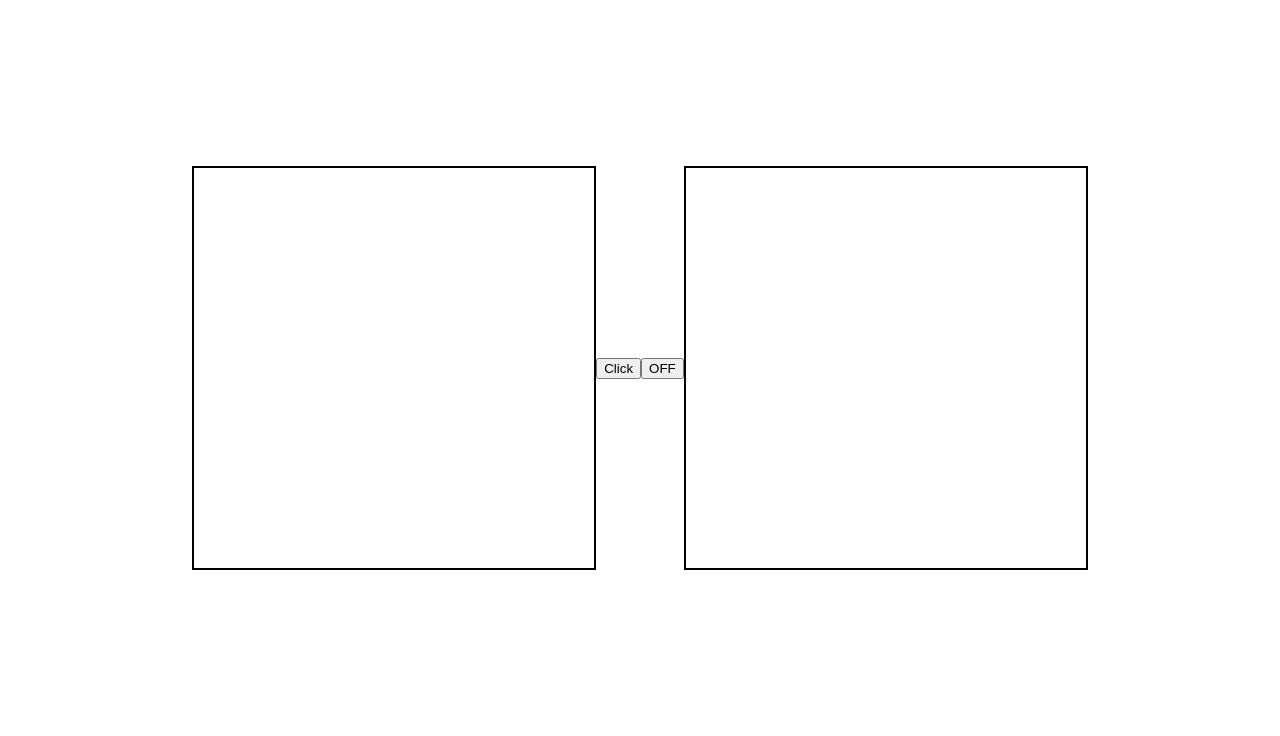
Repository: dmpelaez/photoBoothy
Page: Photobooth.html
The author's editor kept a copy of each file at every save. The page is drawn from the files as they stood at one save, then again after the next save.
The browser window is 1280 px wide. The pictures show the whole page.

Above is the page before, as saved 2025-12-16 20:57:15.

### Photobooth.html
<!DOCTYPE html>

  <html>

    <head>

      <title>Photobooth</title>

      <link rel="stylesheet" href="Photobooth.css">
    </head>
    <body>
      <div class="timer"></div>
      <video autoplay id="video"></video>
      <button id="photo-btn" >Click</button>
      <button id="btn-toggle">OFF</button>
      <canvas id="canvas-image"></canvas>
      <script src="Photobooth.js"></script>
    </body>

  </html>

### Photobooth.css
body {
  display: Flex;
  align-items: center;
  justify-content: center;
  HEIGHT: 100VH;
  flex-direction: row;
}
#video,
#canvas-image {
  border: 2px solid black;
  height: 400px;
  width: 400px;
}
.timer {
display: initial;
}

.timerPhoto {
  background: black;
  height: 50px;
  width: 50px;
  color: white;
  display: flex;
  align-items: center;
  justify-content: center;
}

### Photobooth.js
//To make the video appear in html
//I use <video></video> html element
const video = document.getElementById('video');
//canvas element is where the photos will appear
const canvas = document.getElementById('canvas-image');
const btn = document.getElementById('photo-btn');
//I set the canvas into 2d to get the copy
//of the photo taken
const context = canvas.getContext('2d');


//I use navigator.mediDevices.getUsermedia
//to get access on the camera by allowing the
//video and use it to assigned as value of
//video element

///-----------------------------------------------------------------///
//Default value false
let isVideo = false;


//This is a btn for on and off to the camera
document.getElementById('btn-toggle')
.addEventListener('click', () => {

  //Condition where it looks for the opposite
  //value of isVideo by using NOT operator
  //which will result to having a value of TRUE
  if (!isVideo) {
  //once it becomes true
  //navigator.mediaDevices.getUserMedia will activate
  //and the access to video will open
  navigator.mediaDevices.getUserMedia({video: true})
  .then((stream) => {
  //access to camera
  video.srcObject = stream;
  //btn ON
   document.getElementById('btn-toggle').innerHTML = 'ON';
   //Value was change to true
   //so once the btn is click again
   //the else if is the one that will be open
     isVideo = true;

  });
} else if (isVideo) {
  //access to camera again
 navigator.mediaDevices.getUserMedia({video: true})
  .then((stream) => {
    //To stop the camera access
    stream.getTracks().forEach(track => track.stop());
    //To stop the webcam light we need to track all
    //the access video.srcObject have
    for (const track of video.srcObject.getTracks()) {
      track.stop();
    }
    //no value
    stream = null;
    //no value
   video.srcObject = null;
   //Display btn as OFF
   document.getElementById('btn-toggle').innerHTML = 'OFF';
   //Value is changed to false
   isVideo = false;

  })

}
console.log(isVideo);
});

///------------------------------------------------------------///
//capturePhoto is a function where
// the canvas width and height have the
// values of videos'
//and context.drawImage capture everything
//and replicate the videos into photo
//and before that we change its value
//to the canvas.getContext('2d')
function capturePhoto() {
  //the value canvas width and height
  // is the same as the video width and height;
  canvas.width = video.videoWidth;
  canvas.height = video.videoHeight;

  //
  context.drawImage(video, 0, 0, canvas.width, canvas.height);
}

///------------------------------------------------------------------------///
//btn for camera to capture
btn.addEventListener('click', () => {
//Finally after minutes of thinking how
//to activate the timer if the camera is open

//This will only activate if the isVideo value
// is true but its default value stop it from triggering
//the settimer() because it didn't meet the condition
if (isVideo === true) {
settimer();

}
})

document.body.addEventListener('keydown', (event) => {
  if (event.code === 'Space') {
    if (isVideo === true) {
      settimer();
  }
 }
})

///-----------------------------------------------------------------////
//Timer default setTime
let timer = 5;

//This is timer function
// where after five seconds
//it will capture a picture
function settimer() {
  //Display
  document.querySelector('.timer').innerHTML = timer;
  const timer2 =  document.querySelector('.timer');
  //if statement condition where if
  //the timer is greater than 0 then it will
  //activate the specific function
  if (timer > 0) {
    timer --;
    //setTimeout is updating the settimer function every
    // one second to update the display number
    setTimeout(settimer, 1000);
    //added a new class to design the timer
    timer2.classList.add("timerPhoto");
  } else {
    //after 0 the else will run this part of function
    // where capturePhoto(); is activated
    //timer goes back to default and display it
    //but remove the design in the webpage
    capturePhoto();
    timer = 5;
   timer2.innerHTML = timer;
   timer2.classList.remove("timerPhoto");
  }
}

After the next save:
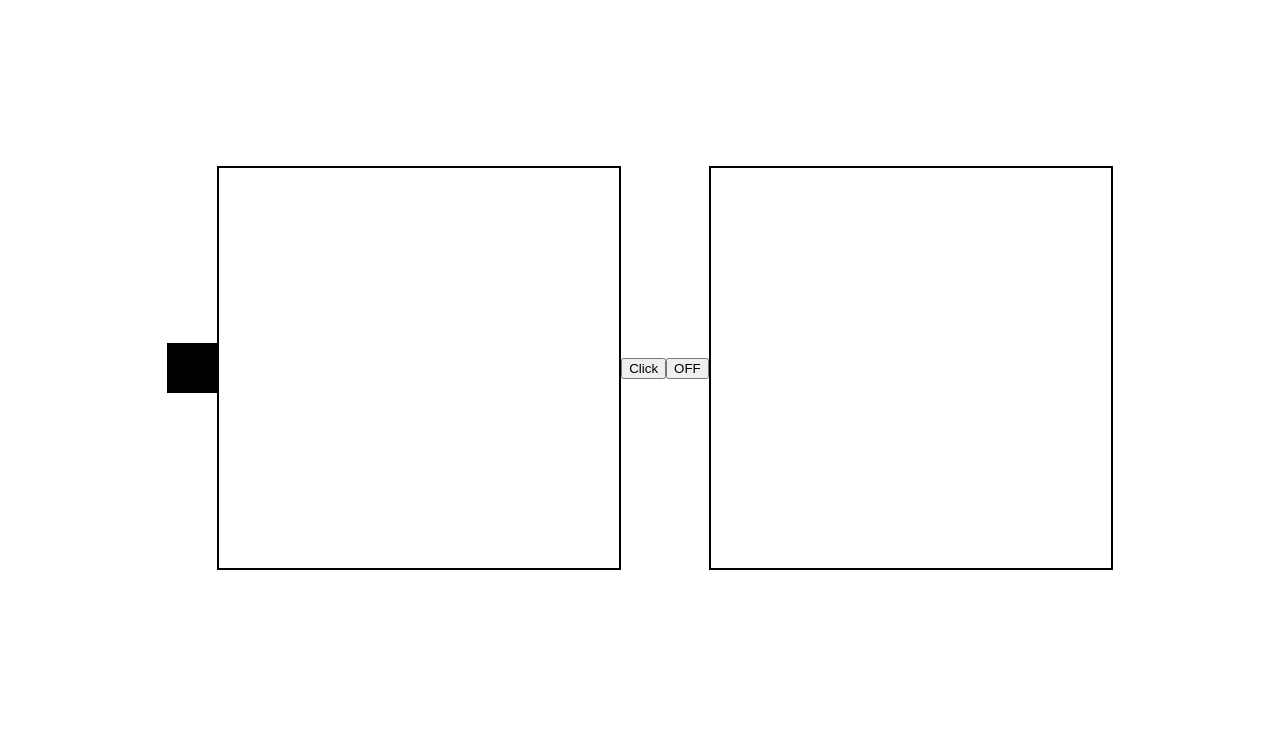
Saved 13 s later.
--- a/Photobooth.css
+++ b/Photobooth.css
@@ -13,6 +13,13 @@ body {
 }
 .timer {
 display: initial;
+ background: black;
+  height: 50px;
+  width: 50px;
+  color: white;
+  display: flex;
+  align-items: center;
+  justify-content: center;
 }
 
 .timerPhoto {
